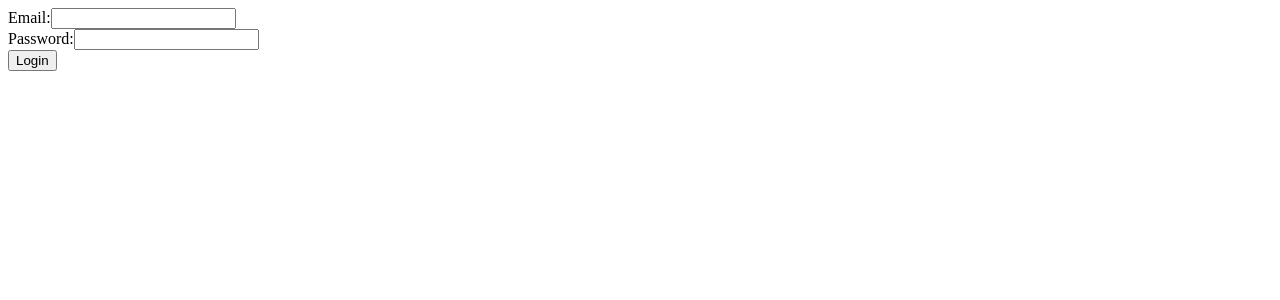
Repository: msibgathulla9980/Servlet
Page: LoginRegistrationApp/WebContent/login.html
The author's editor kept a copy of each file at every save. The page is drawn from the files as they stood at one save, then again after the next save.
The browser window is 1280 px wide. The pictures show the whole page.

Above is the page before, as saved 2019-01-22 11:21:36.

### LoginRegistrationApp/WebContent/login.html
<!DOCTYPE html>
<html>
<head>
<meta charset="UTF-8">
<title>Bridge Labz Registration</title>
</head>
<body>
<form action="login" method="post">
Email:<input type="text" name="email" required/><br>
Password:<input type="password" name="password" required/><br>
 <input type="submit" value="Login"/></a>
 <a href="login.html">
</form>
</body>
</html>

After the next save:
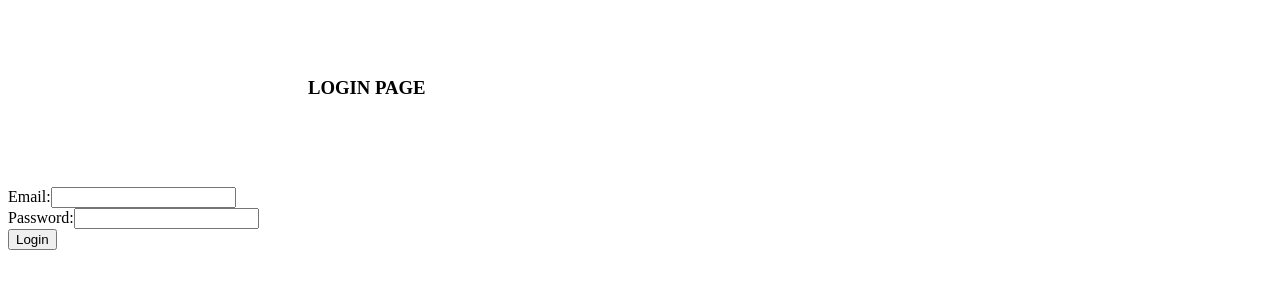
Saved 47 s later.
--- a/LoginRegistrationApp/WebContent/login.html
+++ b/LoginRegistrationApp/WebContent/login.html
@@ -1,6 +1,7 @@
 <!DOCTYPE html>
 <html>
 <head>
+<h3><b><object align="middle"></object>LOGIN PAGE</b></h3>
 <meta charset="UTF-8">
 <title>Bridge Labz Registration</title>
 </head>
